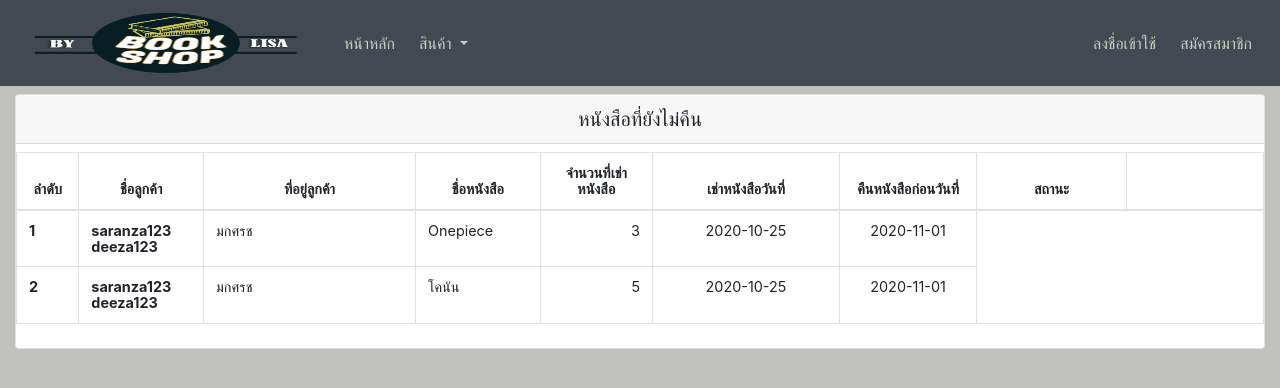
Repository: peawza/shopbook
Page: http://localhost/returnproduct.php?Order_id=24
The author's editor kept a copy of each file at every save. The page is drawn from the files as they stood at one save, then again after a run of saves.
The browser window is 1280 px wide. The pictures show the whole page.
The page is run by PHP 8.4 with error messages shown; the project is at /var/www/html/. The database holds what the project's SQL file puts in it.

Above is the page before, as saved 2020-10-01 11:23:09.

After the next 2 saves:
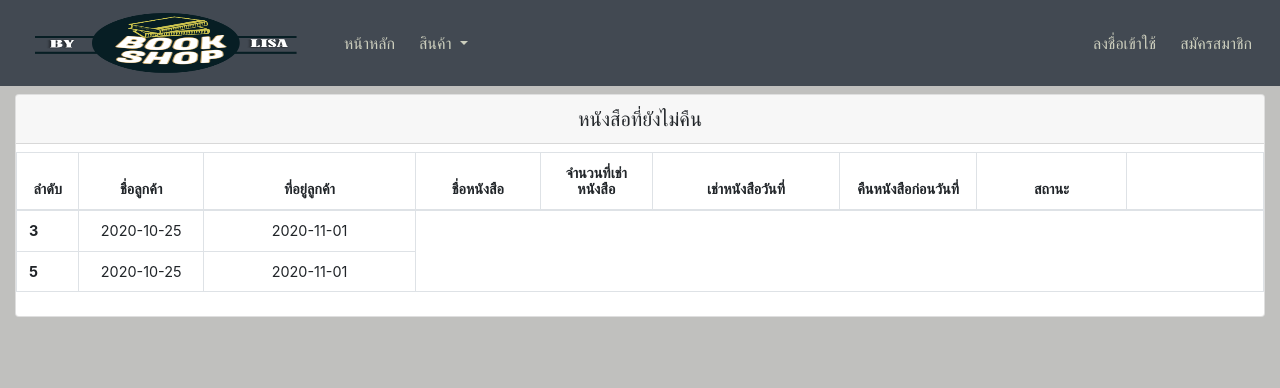
The 2 saves are shown as one change because they came seconds apart.
The last was saved 23 s later.
--- a/returnproduct.php
+++ b/returnproduct.php
@@ -125,15 +125,15 @@
                         ?>
 
                         <tr>
-                            <th><?php
-                                            $code = sprintf('O-%04d', $rowproduct['orders_id']);
-                                            echo $i; ?>
-                            </th>
-                            <th><?php echo $rowproduct["User_Firstname"] . ' ' . $rowproduct['User_Lastname'] ?>
-                            </th>
-                            <td><?php echo $rowproduct["Order_addressuser"]  ?></td>
-                            <td><?php echo $rowproduct["Product_Name"]  ?></td>
-                            <td class="text-right"><?php echo $rowproduct["orderrent_amount"]  ?> </td>
+                            <th class="text-right><?php
+                                                                $code = sprintf('O-%04d', $rowproduct['orders_id']);
+                                                                echo $i; ?>
+                                </th>
+                                <th><?php echo $rowproduct["User_Firstname"] . ' ' . $rowproduct['User_Lastname'] ?>
+                                </th>
+                                <td><?php echo $rowproduct["Order_addressuser"]  ?></td>
+                                <td><?php echo $rowproduct["Product_Name"]  ?></td>
+                                <td class=" text-right"><?php echo $rowproduct["orderrent_amount"]  ?> </td>
                             <td class="text-center"><?php echo $rowproduct["orderrent_rentdate"]  ?></td>
                             <td class="text-center"><?php echo $rowproduct["orderrent_returndate"]  ?></td>
                         </tr>
